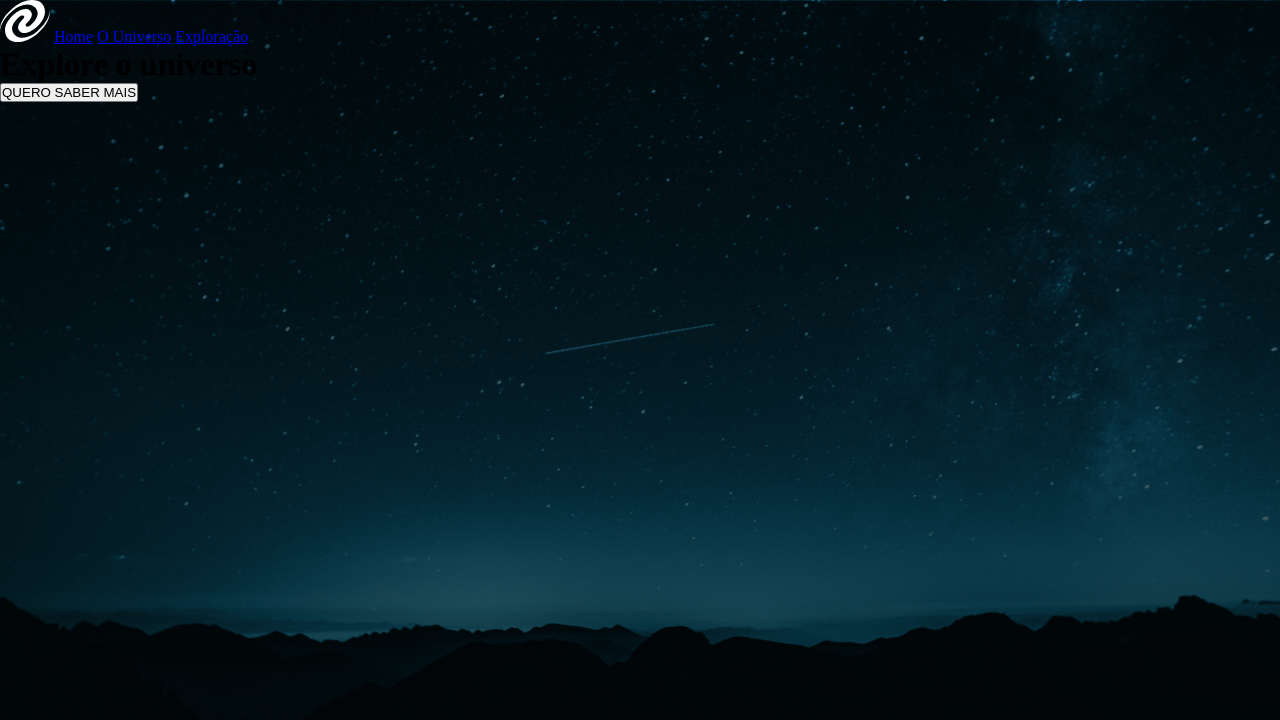
Repository: eltonneiferson/spaUniverse
Page: index.html
An editor plug-in stored every save of this project. The page is shown before and after the next save, followed by the edit.
The browser window is 1280 px wide. The pictures show the whole page.

Above is the page before, as saved 2022-10-26 21:54:53.

### index.html
<!DOCTYPE html>
<html lang="pt-br">

<head>
    <meta charset="UTF-8" />
    <meta http-equiv="X-UA-Compatible" content="IE=edge" />
    <meta name="viewport" content="width=device-width, initial-scale=1.0" />
    <meta name="author" content="Elton Neiferson" />
    <title>Universe</title>

    <link rel="stylesheet" href="stylle.css">
</head>

<body>
    <nav>
        <svg width="50" height="42" viewBox="0 0 50 42" fill="none" xmlns="http://www.w3.org/2000/svg">
            <path d="M31.5423 0.00979035C26.1727 0.174742 19.3604 2.47181 12.1375 8.73785C-2.6197 21.4919 0.219149 31.6427 0.219149 31.6427C0.219149 31.6427 -1.31407 22.7633 12.6765 10.655C19.9593 4.35869 28.9789 2.29019 34.5368 6.97206C39.5198 11.1696 38.7771 18.2731 30.3445 25.5381C27.0864 28.1212 23.6007 25.8307 27.0504 22.7633C27.4347 22.4396 27.7717 22.1194 28.0686 21.8047C31.2762 18.6232 33.7461 13.7222 29.9252 10.5036C25.3256 6.46755 17.5038 11.1696 14.054 14.237C3.12987 23.7622 2.8903 33.9231 9.02317 39.4122C13.2395 42.964 24.7506 44.3867 37.5913 33.4085C52.3485 20.6544 49.5097 10.5036 49.5097 10.5036C49.5097 10.5036 51.0429 19.3831 37.0523 31.4914C29.7695 37.7877 20.7499 39.9066 15.192 35.2248C10.209 31.0272 10.9517 23.9237 19.3844 16.6587C22.8341 13.9142 26.3078 16.1643 22.858 19.2317C22.4738 19.5554 22.1368 19.8756 21.8399 20.1903C18.6323 23.3718 16.1624 28.2728 19.9833 31.4914C24.5829 35.5275 32.2131 30.664 35.8545 27.758C46.9703 18.2328 47.0182 8.0719 40.8853 2.5828C39.0407 1.02891 35.7186 -0.118506 31.5423 0.00979035Z" fill="white" />
        </svg>
        <a href="/">Home</a>
        <a href="/universe.html">O Universo</a>
        <a href="/exploration.html">Exploração</a>
    </nav>
    <main>
        <h1>Explore o universo</h1>
        <button>QUERO SABER MAIS</button>
    </main>
</body>

</html>

### stylle.css
* {
    margin: 0;
    padding: 0;
    box-sizing: border-box;
}

body {
    background-image: url(bkg1.png);
    ba
    background-size: cover;
    background-repeat: no-repeat;
}

After the next save:
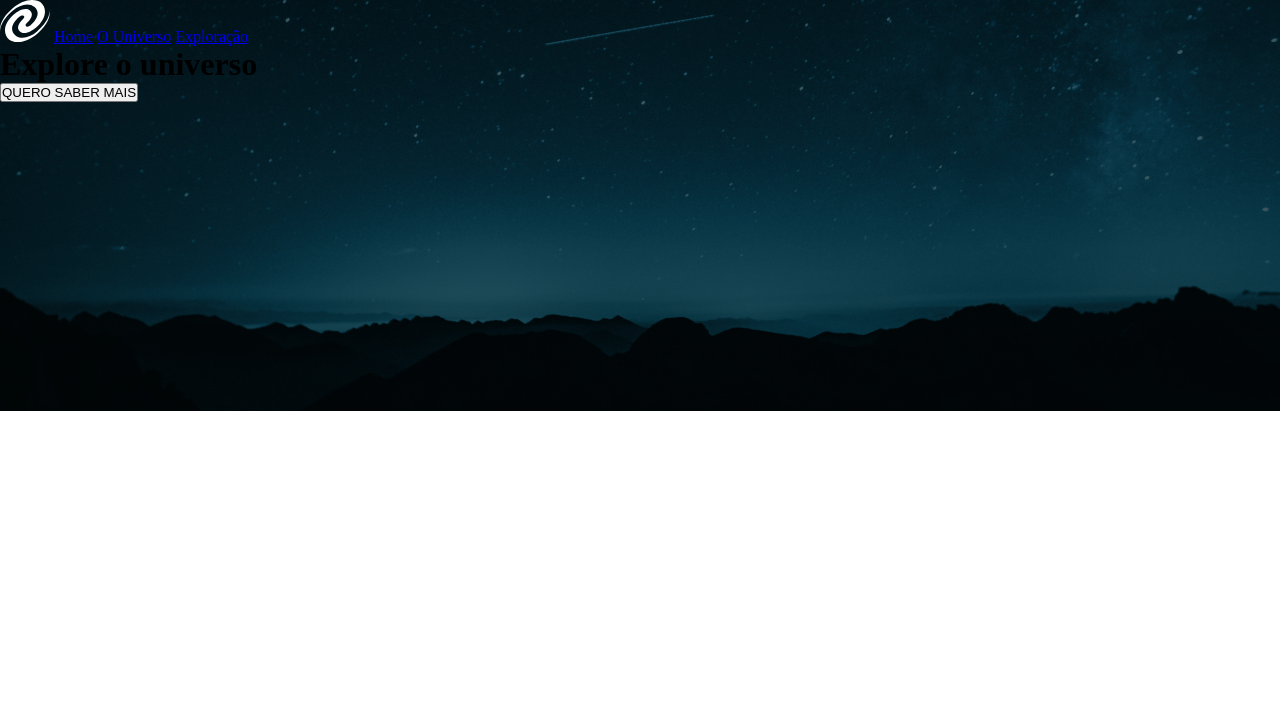
Saved 4 s later.
--- a/stylle.css
+++ b/stylle.css
@@ -6,7 +6,7 @@
 
 body {
     background-image: url(bkg1.png);
-    ba
+    background-position: center;
     background-size: cover;
     background-repeat: no-repeat;
 }

After the 5 saves that followed:
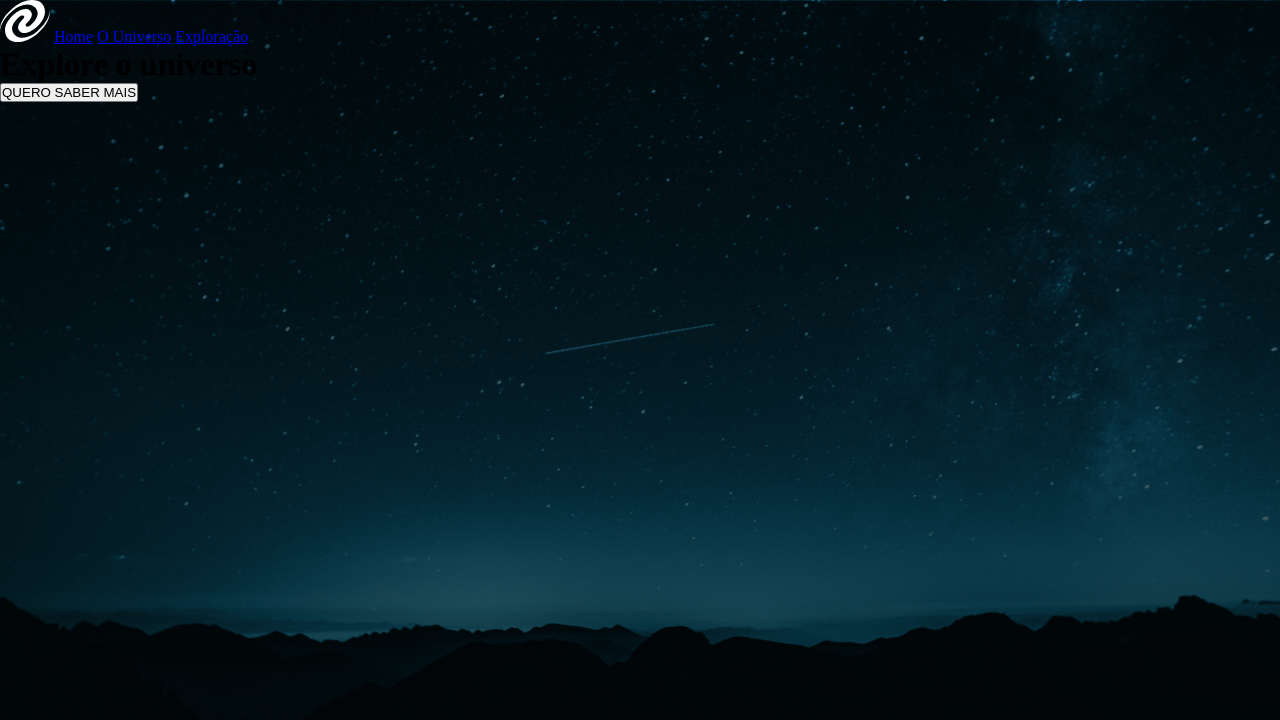
The 5 saves are shown as one change because 2 left the picture as it was and some came seconds apart.
The last was saved 30 s later.
--- a/stylle.css
+++ b/stylle.css
@@ -5,6 +5,7 @@
 }
 
 body {
+    min-height: 100vh;
     background-image: url(bkg1.png);
     background-position: center;
     background-size: cover;
